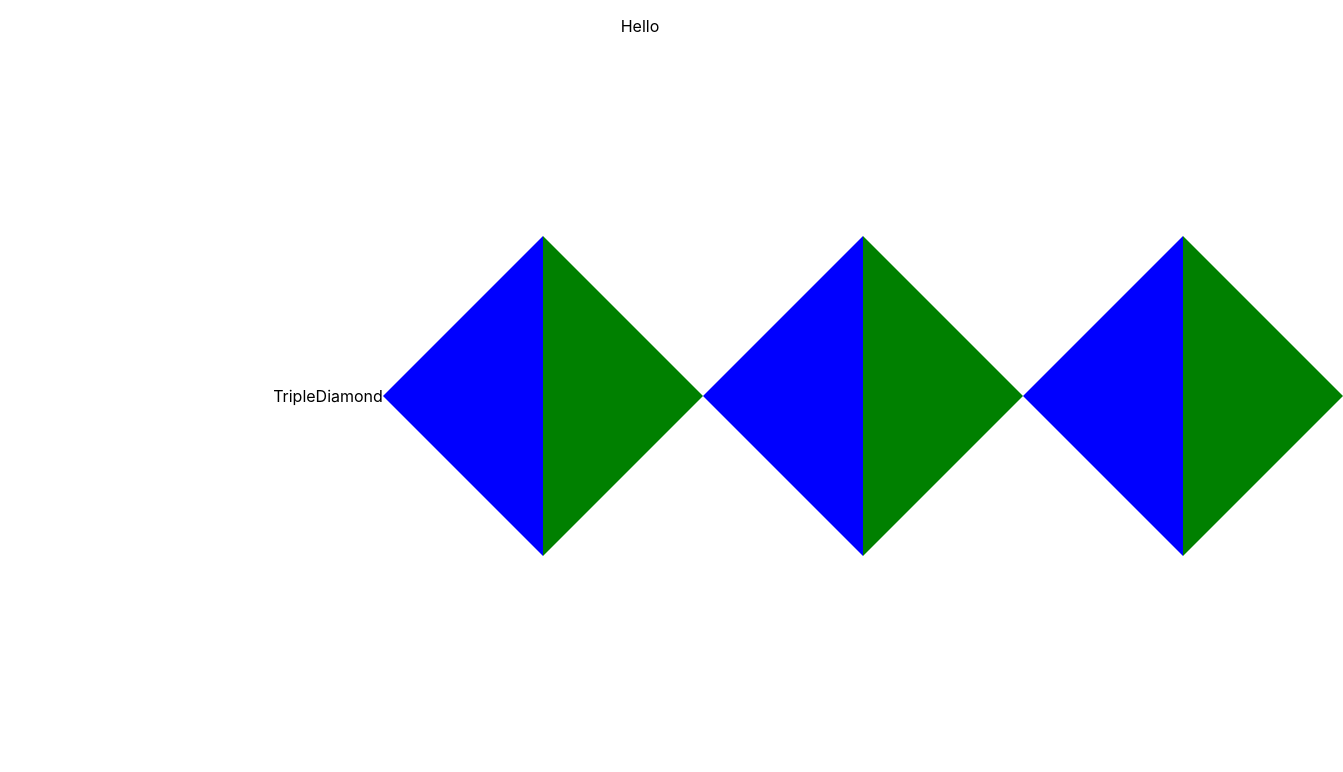
Repository: YingCG/interaction-design
Page: /
An editor plug-in stored every save of this project. The page is shown before and after the next save, followed by the edit.
The browser window is 1280 px wide. The page is 1343 px wide, then 1288 px, so the pictures cover 1343 px, including what lies to the right of the window. The pictures show the whole page.
The project was rebuilt for these pictures with package versions that can differ from the ones it lists, and the page was loaded fresh each time.

Above is the page before, as saved 2023-09-07 10:25:13.

After the next save:
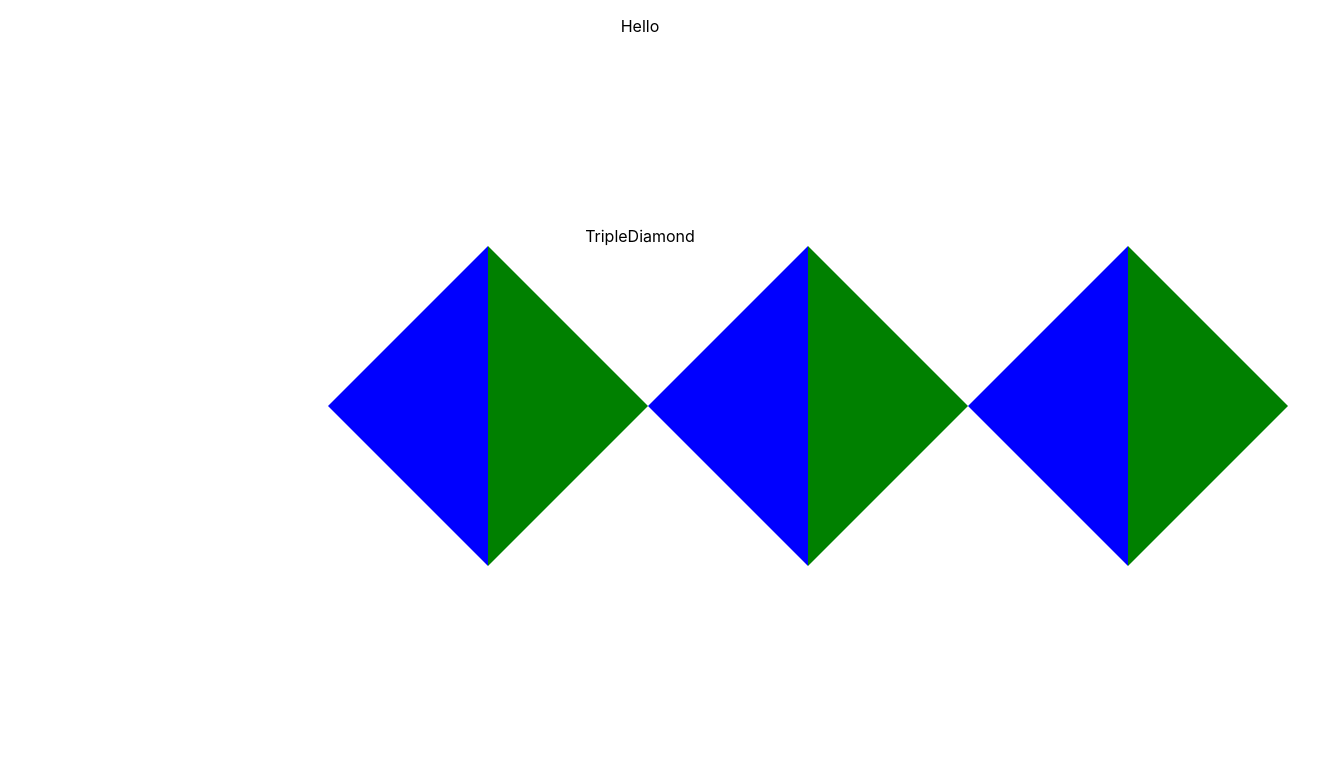
Saved 16 s later.
--- a/src/App.css
+++ b/src/App.css
@@ -27,12 +27,13 @@
   align-items: center;
   width: 100%;
   height: 100vh;
-}
-
-.text-content {
   flex-direction: column;
 }
 
+/* .text-content {
+  display: flex;
+  width: 50%;
+} */
 .triple-diamond {
   display: flex;
   width: 50%;
